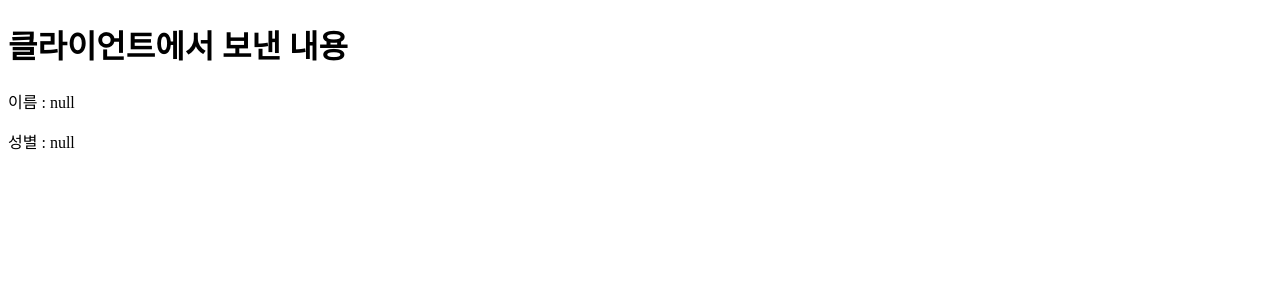
Repository: ZicoPark/Lost-Dev
Page: http://localhost/03_request/result.jsp
The author's editor kept a copy of each file at every save. The page is drawn from the files as they stood at one save, then again after the next save.
The browser window is 1280 px wide. The pictures show the whole page.
The page is served by Tomcat 9.

Above is the page before, as saved 2023-02-20 03:25:58.

After the next save:
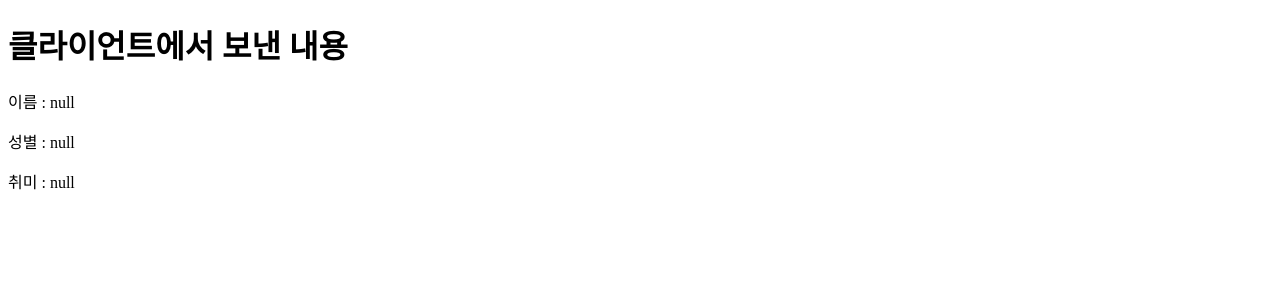
Saved 87 s later.
--- a/JSP/03_request/WebContent/result.jsp
+++ b/JSP/03_request/WebContent/result.jsp
@@ -13,6 +13,7 @@
 	<h1>클라이언트에서 보낸 내용</h1>
 	<p>이름 : <%= request.getParameter("userName") %></p>
 	<p>성별 : <%= request.getParameter("gender") %></p>
+	<p>취미 : <%= request.getParameter("hobby") %>
 
 </body>
 </html>
